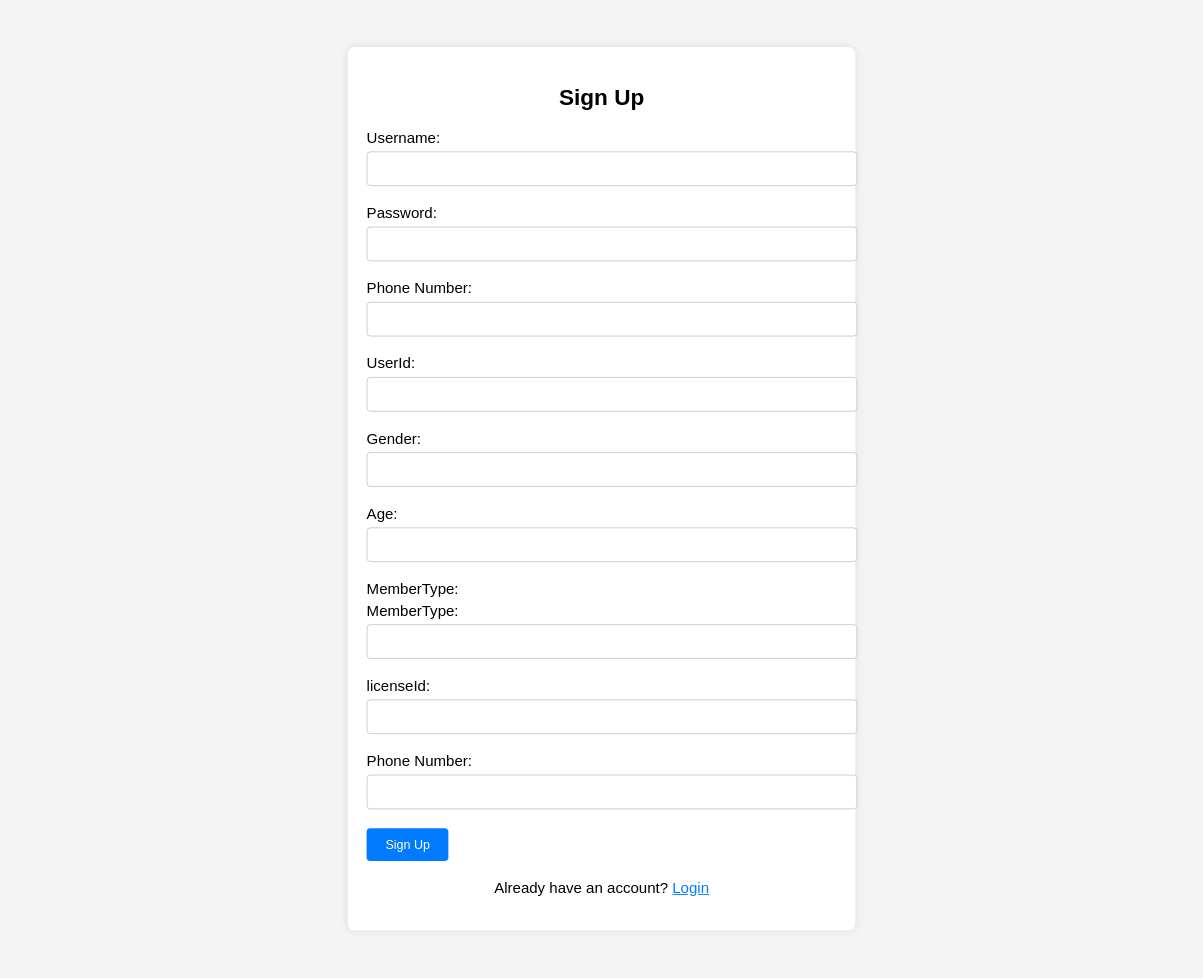
Repository: suryavishakan/parking_management
Page: http://localhost/signup
The author's editor kept a copy of each file at every save. The page is drawn from the files as they stood at one save, then again after a run of saves.
The browser window is 1280 px wide. The pictures show the whole page, at 94% of full size.
The page is served by the project's application, run on Flask 3 (app.py).

Above is the page before, as saved 2024-04-20 13:46:34.

After the next 3 saves:
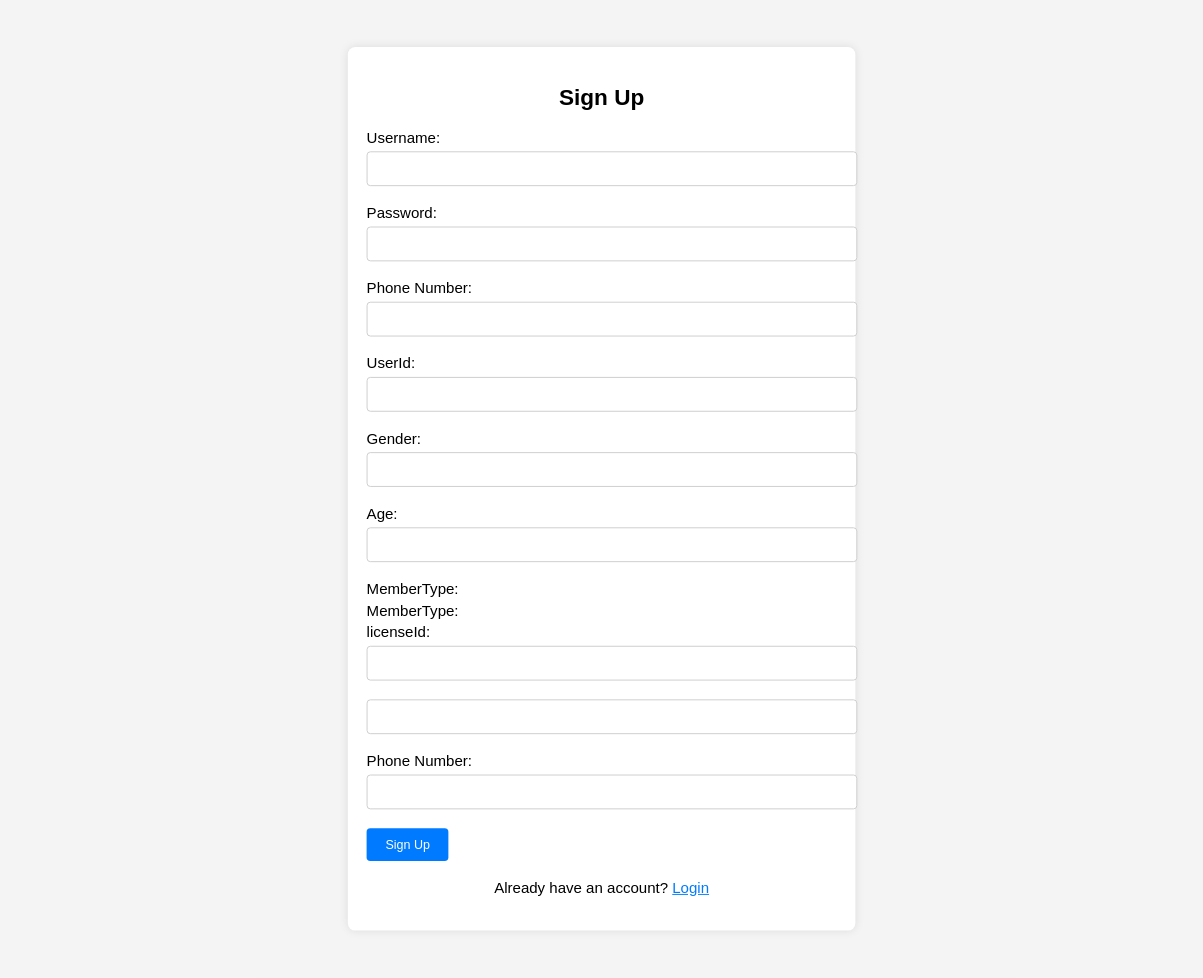
The 3 saves are shown as one change because they came seconds apart.
The last was saved 19 s later.
--- a/templates/signup.html
+++ b/templates/signup.html
@@ -89,8 +89,9 @@
 
             <label for="memberType">MemberType:</label>
             <label for="memberType">MemberType:</label>
+            <label for="licenseId">licenseId:</label>
             <input type="text" id="licenseId" name="licenseId" required>
-            <label for="licenseId">licenseId:</label>
+
             <input type="password" id="password" name="password" required>
             <label for="phoneNumber">Phone Number:</label>
             <input type="phoneNumber" id="phoneNumber" name="phoneNumber" required>
